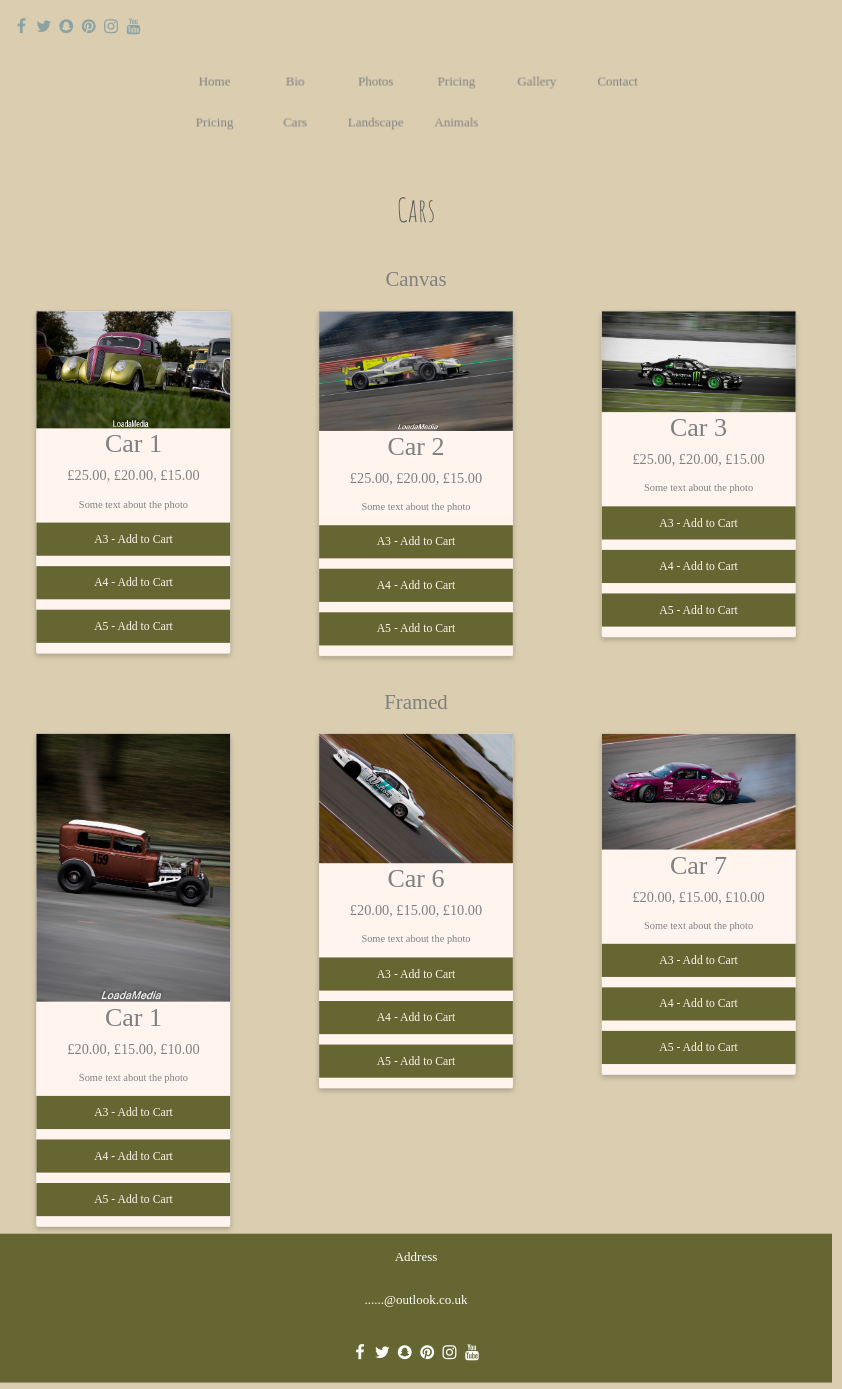
Repository: elizabeth24602/LoaderMedia
Page: cars.html
The author's editor kept a record of every edit. The page is drawn from the files as they stood at one moment, then again after the next edit.
The browser window is 1280 px wide. The page is 1296 px wide, so the pictures cover 1296 px, including what lies to the right of the window. The pictures show the whole page, at 65% of full size.
Some web fonts or font styles are not loaded; a fallback is used.

Above is the page before.
Console error: TypeError: Cannot read properties of null (reading 'textContent')
Not found: Assests/images/

### cars.html
<!DOCTYPE html>
<html lang="en">
<head>
    <meta charset="UTF-8">
    <meta name="viewport" content="width=device-width, initial-scale=1.0">
    <meta http-equiv="X-UA-Compatible" content="ie=edge">

    <link rel="stylesheet" href="static/css/bootstrap.min.css" type="text/css" />
    <link rel="stylesheet" href="static/css/dc.min.css" type="text/css" />



    <link rel="stylesheet" href="https://stackpath.bootstrapcdn.com/bootstrap/4.3.1/css/bootstrap.min.css" type="text/css" />
    <link rel="stylesheet" href="https://stackpath.bootstrapcdn.com/font-awesome/4.7.0/css/font-awesome.min.css" type="text/css" />
    <link href="https://fonts.googleapis.com/css?family=Lacquer&display=swap" rel="stylesheet">
    <link href="https://fonts.googleapis.com/css?family=Beth+Ellen&display=swap" rel="stylesheet">
    <link rel="stylesheet" href="https://cdnjs.cloudflare.com/ajax/libs/hover.css/2.3.1/css/hover-min.css" type="text/css" />
    <link rel="stylesheet" href="Assests/images/" type="text/css" />
    <link rel="stylesheet" href="Assests/css/style.css" type="text/css" />

    <title>Loader Media</title>

     <script type="text/javascript" src="static/js/d3.min.js"></script>
    <script type="text/javascript" src="static/js/crossfilter.min.js"></script>
    <script type="text/javascript" src="static/js/dc.min.js"></script>
    <script type="text/javascript" src="static/js/queue.min.js"></script>
    <script type="text/javascript" src="static/js/graph.js"></script>

</head>
<body>
     <header class="container-fluid">
        <div id="social-links" class="row">
        <div class="col-sm-4">
                <ul class="list-inline social-links">
                    <li class="list-inline-item">
                        <a target="_blank" href="#">
                            <i class="fa fa-facebook" aria-hidden="true"></i>
                            <span class="sr-only">Facebook</span>
                        </a>
                    </li>
                    <li class="list-inline-item">
                        <a target="_blank" href="#">
                            <i class="fa fa-twitter" aria-hidden="true"></i>
                            <span class="sr-only">Twitter</span>
                        </a>
                    </li>
                    <li class="list-inline-item">
                        <a target="_blank" href="#">
                            <i class="fa fa-snapchat" aria-hidden="true"></i>
                            <span class="sr-only">Snapchat</span>
                        </a>
                    </li>
                    <li class="list-inline-item">
                        <a target="_blank" href="#">
                            <i class="fa fa-pinterest" aria-hidden="true"></i>
                            <span class="sr-only">Pinterest</span>
                        </a>
                    </li>
                    <li class="list-inline-item">
                        <a target="_blank" href="#">
                            <i class="fa fa-instagram" aria-hidden="true"></i>
                            <span class="sr-only">Instagram</span>
                        </a>
                    </li>
                    <li class="list-inline-item">
                        <a target="_blank" href="#">
                            <i class="fa fa-youtube" aria-hidden="true"></i>
                            <span class="sr-only">YouTube</span>
                        </a>
                    </li>
                </ul>
            </div>
        </div>
         <div class="row no-gutters">
            <div class="col">
                <ul id="nav" class="list-inline menucontainer">
                    <li class="col-4 col-sm-2 ui-menu-color-home list-inline-item menuitem">
                        <a href="index.html" class="hvr-underline-from-center"><span>Home</span></a>
                    </li>
                    <li class="col-4 col-sm-2 ui-menu-color-bio list-inline-item menuitem">
                        <a href="bio.html" class="hvr-underline-from-center"><span>Bio</span></a>
                    </li>
                     <li class="col-4 col-sm-2 ui-menu-color-photos list-inline-item menuitem">
                        <a href="photos.html" class="hvr-underline-from-center"><span>Photos</span></a>
                    </li>
                    <li class="col-4 col-sm-2 ui-menu-color-pricing list-inline-item menuitem">
                        <a href="pricing.html" class="hvr-underline-from-center"><span>Pricing</span></a>
                    </li>
                    <li class="col-4 col-sm-2 ui-menu-color-gallery list-inline-item menuitem">
                        <a href="gallery.html" class="hvr-underline-from-center"><span>Gallery</span></a>
                    </li>
                    <li class="col-4 col-sm-2 ui-menu-color-contact list-inline-item menuitem">
                        <a href="contact.html" class="hvr-underline-from-center"><span>Contact</span></a>
                    </li>
                </ul>
            </div>
        </div>

         <div class="row no-gutters">
            <div class="col-sm-12">
                <ul id="nav" class="list-inline menucontainer">
                    <li class="col-4 col-sm-2 ui-menu-color-pricing list-inline-item menuitem">
                        <a href="pricing.html" class="hvr-underline-from-center"><span>Pricing</span></span></a>
                    </li>
                    <li class="col-4 col-sm-2 ui-menu-color-cars list-inline-item menuitem">
                        <a href="cars.html" class="hvr-underline-from-center"><span>Cars</span></a>
                    </li>
                     <li class="col-4 col-sm-2 ui-menu-color-landscape list-inline-item menuitem">
                        <a href="landscape.html.html" class="hvr-underline-from-center"><span>Landscape</span></a>
                    </li>
                    <li class="col-4 col-sm-2 ui-menu-color-animals list-inline-item menuitem">
                        <a href="animals.html" class="hvr-underline-from-center"><span>Animals</span></a>
                    </li>
                </ul>
            </div>
        </div>

        <div class="row no-gutters">
            <div class="col headings">
                <h3 class="name3">Cars</h3>
            </div>
        </div>
    </header>

    <section>

    <div class="row">
        <div class="col-sm-12">
            <h2 class="canvas">Canvas</h2>
        </div>
    </div>

    <div class="row">
    <div class="col-sm-4">
        <div class="card">
          <img src="Assests/images/car1.jpg" alt="car1" style="width:100%">
          <h1>Car 1</h1>
              <p class="price">£25.00, £20.00, £15.00</p>
              <p>Some text about the photo</p>
              <p><button>A3 - Add to Cart</button></p>
              <p><button>A4 - Add to Cart</button></p>
              <p><button>A5 - Add to Cart</button></p>
        </div>
    </div>

    <div class="col-sm-4">
        <div class="card">
          <img src="Assests/images/car2.jpg" alt="car2" style="width:100%">
          <h1>Car 2</h1>
              <p class="price">£25.00, £20.00, £15.00</p>
              <p>Some text about the photo</p>
              <p><button>A3 - Add to Cart</button></p>
              <p><button>A4 - Add to Cart</button></p>
              <p><button>A5 - Add to Cart</button></p>
        </div>
    </div>

    <div class="col-sm-4">
        <div class="card">
          <img src="Assests/images/car3.jpg" alt="car3" style="width:100%">
          <h1>Car 3</h1>
              <p class="price">£25.00, £20.00, £15.00</p>
              <p>Some text about the photo</p>
              <p><button>A3 - Add to Cart</button></p>
              <p><button>A4 - Add to Cart</button></p>
              <p><button>A5 - Add to Cart</button></p>
        </div>
    </div>
</div>

    <div class="row">
        <div class="col-sm-12">
            <h2 class="canvas">Framed</h2>
        </div>
    </div>

    <div class="row">
    <div class="col-sm-4">
        <div class="card">
          <img src="Assests/images/car4.jpg" alt="car4" style="width:100%">
          <h1>Car 1</h1>
              <p class="price">£20.00, £15.00, £10.00</p>
              <p>Some text about the photo</p>
              <p><button>A3 - Add to Cart</button></p>
              <p><button>A4 - Add to Cart</button></p>
              <p><button>A5 - Add to Cart</button></p>
        </div>
    </div>

    <div class="col-sm-4">
        <div class="card">
          <img src="Assests/images/car6.jpg" alt="car6" style="width:100%">
          <h1>Car 6</h1>
              <p class="price">£20.00, £15.00, £10.00</p>
              <p>Some text about the photo</p>
              <p><button>A3 - Add to Cart</button></p>
              <p><button>A4 - Add to Cart</button></p>
              <p><button>A5 - Add to Cart</button></p>
        </div>
    </div>

    <div class="col-sm-4">
        <div class="card">
          <img src="Assests/images/car7.jpg" alt="car7" style="width:100%">
          <h1>Car 7</h1>
              <p class="price">£20.00, £15.00, £10.00</p>
              <p>Some text about the photo</p>
              <p><button>A3 - Add to Cart</button></p>
              <p><button>A4 - Add to Cart</button></p>
              <p><button>A5 - Add to Cart</button></p>
        </div>
    </div>
</div>



    </section>

    <footer class="container-fluid bottom">
    <div id="footer-details" class="row">
        <div class="col-sm-12">
            <p class="address">Address</p>
        </div>
    </div>
        <div class="row">
            <div class="col-sm-12">
                <p class="email">......@outlook.co.uk</p>
            </div>
        </div>
        <div class="row">
            <div class="col-sm-12">
                        <ul class="list-inline social-links2 container-fluid">
                    <li class="list-inline-item">
                        <a target="_blank" href="#">
                            <i class="fa fa-facebook" aria-hidden="true"></i>
                            <span class="sr-only">Facebook</span>
                        </a>
                    </li>
                    <li class="list-inline-item">
                        <a target="_blank" href="#">
                            <i class="fa fa-twitter" aria-hidden="true"></i>
                            <span class="sr-only">Twitter</span>
                        </a>
                    </li>
                    <li class="list-inline-item">
                        <a target="_blank" href="#">
                            <i class="fa fa-snapchat" aria-hidden="true"></i>
                            <span class="sr-only">Snapchat</span>
                        </a>
                    </li>
                    <li class="list-inline-item">
                        <a target="_blank" href="#">
                            <i class="fa fa-pinterest" aria-hidden="true"></i>
                            <span class="sr-only">Pinterest</span>
                        </a>
                    </li>
                    <li class="list-inline-item">
                        <a target="_blank" href="#">
                            <i class="fa fa-instagram" aria-hidden="true"></i>
                            <span class="sr-only">Instagram</span>
                        </a>
                    </li>
                    <li class="list-inline-item">
                        <a target="_blank" href="#">
                            <i class="fa fa-youtube" aria-hidden="true"></i>
                            <span class="sr-only">YouTube</span>
                        </a>
                    </li>
                </ul>
            </div>
        </div>
    </footer>

</body>
</html>

### Assests/css/style.css
@import url('https://fonts.googleapis.com/css?family=Lacquer:100,200,300,400,500,600,700|Beth+Ellen:100,200,300,400,500,600,700|Pacifico:100,200,300,400,500,600,700|Amatic+SC:100,200,300,400,500,600,700');

/*-------------------------------Website Name */

.name {
    font-family: "Beth+Ellen";
     font-weight: 100;
    font-size: 80px;
    margin-top: 70px;
    text-align: center;
    color: #ffffff;
}

.name3 {
    font-family: "Amatic SC";
     font-weight: 60;
    font-size: 50px;
    margin-top: 70px;
    text-align: center;
    color: #595959;
}

/*-------------------------------Background */

body {
  background-color: #dbceb0;
}

/*-------------------------------Social */

.social-links {
    padding-top: 15px;
    padding-bottom: 15px;
}

.social-links li a i {
    width: 30px;
    height: 30px;
    padding: 12px 0;
    border-radius: 20%;
    font-size: 25px;
    line-height: 7px;
    text-align: center;
    color: #8ca3a3;
    background: #dbceb0;
    transition: all 0.35s ease-in-out;
    -moz-transition: all 0.35s ease-in-out;
    -webkit-transition: all 0.35s ease-in-out;
    -o-transition: all 0.35s ease-in-out;
}

/*-------------------------------menu */


.list-inline-item:not(:last-child) {
    margin: 0;
}

.menucontainer {
    font-size: 0;
    margin: auto;
    width: 60%;
    padding: 10px;
}

#nav li {
    font-size: 20px;
    font-family: 'Beth+Ellen';
    padding: 0;
}

.menuitem {
    text-align: center;
    padding: 0;
}

.body {
    text-align: center;
}


.menuitem2 a {
    width: 100%;
    text-decoration: none;
    color: #ffffff;
}

.menuitem a {
    width: 100%;
    text-decoration: none;
    color: #808080;
}

.hvr-underline-from-center:before {
    background-color: #ffffff;
    color: #d3d3d3;
}


.a:hover {
    text-decoration: none;
}

/*-------------------------------Footer */


.bottom {
    background-color: #666633;
    color: #ffffff;
    left: 0;
    bottom: 0;
    width: 100%;
    text-align: center;
}


.address {
    color: #ffffff;
    text-align: center;
    font-family: "Beth+Ellen";
    padding-top: 20px;
    font-size: 20px;
}
.email {
    color: #ffffff;
    text-align: center;
    font-family: "Beth+Ellen";
    padding: 10px;
    font-size: 20px;
}

.social-links2 {
    padding-top: 15px;
    padding-bottom: 15px;
    text-align: center;
}

.social-links2 li a i {
    width: 30px;
    height: 30px;
    padding: 12px 0;
    border-radius: 20%;
    font-size: 25px;
    line-height: 7px;
    text-align: center;
    color: #ffffff;
    transition: all 0.35s ease-in-out;
    -moz-transition: all 0.35s ease-in-out;
    -webkit-transition: all 0.35s ease-in-out;
    -o-transition: all 0.35s ease-in-out;
}

/*-------------------------------Home */

.index {
  background-image: url("../images/bryn.jpg");
  background-color: #fff5ee;
  height: 500px;
  background-position: cover;
  background-repeat: no-repeat;
  background-size: cover;
  text-align: center;
  background-attachment: scroll;
  min-height: 100%;
  min-width: 1024px;

  /* Set up proportionate scaling */
  width: 100%;
  height: auto;

  /* Set up positioning */
  position: fixed;
  top: 0;
  left: 0;
}

body {
  font-family: "Beth+Ellen", sans-serif;
}

.sidebar {
  height: 100%;
  width: 0;
  position: fixed;
  z-index: 1;
  top: 0;
  left: 0;
  background-color: #666633;
  overflow-x: hidden;
  transition: 0.5s;
  padding-top: 60px;
}

.sidebar a {
  padding: 8px 8px 8px 32px;
  text-decoration: none;
  font-size: 30px;
  font-family: "Amatic SC";
  color: #ffffff;
  display: block;
  transition: 0.3s;
}

.sidebar a:hover {
  color: #f1f1f1;
}

.sidebar .closebtn {
  position: relative;
  top: 0;
  right: 25px;
  font-size: 36px;
  margin-left: 50px;
}

.openbtn {
  font-size: 20px;
  cursor: pointer;
  background-color: #111;
  color: white;
  padding: 10px 15px;
  border: none;
}

.openbtn:hover {
  background-color: #444;
}

#main {
  transition: margin-left .5s;
  padding: 16px;
}

/* On smaller screens, where height is less than 450px, change the style of the sidenav (less padding and a smaller font size) */
@media screen and (max-height: 450px) {
  .sidebar {padding-top: 15px;}
  .sidebar a {font-size: 18px;}
}


/*-------------------------------Bio */

.silhouette {
  display: block;
  margin-left: auto;
  margin-right: auto;
  width: 80%;
  margin-top: 20px;
  margin-bottom: 20px;
}

.bio {
  font-family: "Beth+Ellen";
  text-align: center;
  margin-bottom: 20px;
}

.camera2 {
  display: block;
  margin-left: 10px;
  margin-right: 10px;
  width: 100%;
  margin-top: 20px;
  margin-bottom: 20px;
}

* {
  box-sizing: border-box;
}

.portfolio {
  font-family: "Beth+Ellen"
}

.main {
  max-width: 1000px;
  margin: auto;
}

.row {
  margin: 10px -16px;
}

.row,
.row > .column {
  padding: 8px;
}

.column {
  float: left;
  width: 33.33%;
}

.row:after {
  content: "";
  display: table;
  clear: both;
}

.content {
  background-color: #dbceb0;
  padding: 10px;
  font-family: "Beth+Ellen";
  text-align: center;
}

.show {
  display: block;
}

.btn {
  border: none;
  outline: none;
  padding: 12px 16px;
  background-color: #666633;
  color: #ffffff;
  font-family: "Beth+Ellen";
  cursor: pointer;
}

.btn:hover {
  background-color: #ddd;
}

.btn.active {
  background-color: #fff5ee;
  color: #808080;
}

/*-----------------------------Photos (Used W3 Schools to help with code, made my own modifications and altered coding)*/

.accordion {
  background-color: #666633;
  color: #ffffff;
  font-family: "Beth+Ellen";
  text-align: center;
  cursor: pointer;
  padding: 18px;
  margin: 20px;
  width: 100%;
  border: none;
  outline: none;
  font-size: 30px;
  transition: 0.4s;
}

.active, .accordion:hover {
  background-color: #fff5ee;
   color: #808080;
}

.panel {
  padding: 0 18px;
  display: none;
  background-color: #dbceb0;
  overflow: hidden;
  font-family: "Beth+Ellen";
  color: #808080;
  text-align: left;
  width: 50%
  font-size: 20px;
}

.row > .column {
  padding: 0 8px;
}

.row:after {
  content: "";
  display: table;
  clear: both;
}

.column {
  float: left;
  width: 25%;
}

.modal {
  display: none;
  position: fixed;
  z-index: 1;
  padding-top: 100px;
  left: 0;
  top: 0;
  width: 100%;
  height: 100%;
  overflow: auto;
  background-color: #666633;
}

.modal-content {
  position: relative;
  background-color: #fff5ee;
  margin: auto;
  padding: 0;
  width: 90%;
  max-width: 1200px;
}

.close {
  color: white;
  position: absolute;
  top: 10px;
  right: 25px;
  font-size: 35px;
  font-weight: bold;
}

.close:hover,
.close:focus {
  color: #999;
  text-decoration: none;
  cursor: pointer;
}

.mySlides {
  display: none;
}

.prev,
.next {
  cursor: pointer;
  position: absolute;
  top: 50%;
  width: auto;
  padding: 16px;
  margin-top: -50px;
  color: white;
  font-weight: bold;
  font-size: 20px;
  transition: 0.6s ease;
  border-radius: 0 3px 3px 0;
  user-select: none;
  -webkit-user-select: none;
}

.next {
  right: 0;
  border-radius: 3px 0 0 3px;
}

.prev:hover,
.next:hover {
  background-color: #fff5ee;
}

.numbertext {
  color: #000000;
  font-size: 12px;
  padding: 8px 12px;
  position: absolute;
  top: 0;
}

.caption-container {
  text-align: center;
  font-family: "Beth+Ellen"
  padding: 2px 16px;
  color: #808080;
}

img.demo {
  opacity: 0.6;
}

.active,
.demo:hover {
  opacity: 1;
}

img.hover-shadow {
  transition: 0.3s;
}

.hover-shadow:hover {
  box-shadow: 0 4px 8px 0 rgba(0, 0, 0, 0.2), 0 6px 20px 0 rgba(0, 0, 0, 0.19);
}


/*-------------------------------Pricing */

/*-------------------------------Cars, Landscape, Anoimals */
.canvas {
  color: #808080;
  font-family: "Beth+Ellen";
  text-align: center;
  margin-bottom: 20px;
  margin-top: 40px;
}
.card {
  box-shadow: 0 4px 8px 0 rgba(0, 0, 0, 0.2);
  max-width: 300px;
  margin: auto;
  text-align: center;
  font-family: "Beth+Ellen";
  color: #808080;
  background-color: #fff5ee;
}

.price {
  color: grey;
  font-size: 22px;
}

.card button {
  border: none;
  outline: 0;
  padding: 12px;
  color: #fff5ee;
  background-color: #666633;
  text-align: center;
  cursor: pointer;
  width: 100%;
  font-size: 18px;
}

.card button:hover {
  opacity: 0.7;
}

/*-------------------------------Gallery */
.row {
  display: flex;
  flex-wrap: wrap;
  padding: 0 4px;
}

/* Create four equal columns that sits next to each other */
.column {
  flex: 25%;
  max-width: 25%;
  padding: 0 4px;
}

.column img {
  margin-top: 20px;
  margin-bottom: 10px;
  margin-left: 10px;
  margin-right: 10px;
  vertical-align: middle;
  width: 100%;
}

/* Responsive layout - makes a two column-layout instead of four columns */
@media screen and (max-width: 800px) {
  .column {
    flex: 50%;
    max-width: 50%;
  }
}

/* Responsive layout - makes the two columns stack on top of each other instead of next to each other */
@media screen and (max-width: 600px) {
  .column {
    flex: 100%;
    max-width: 100%;
  }
}
/*-------------------------------contact */

.contact-heading {
    font-family: "Beth+Ellen";
    text-align: center;
    font-weight: 100;
    margin-top: 25px;
    margin-bottom: 20px;
    color: #808080;
}

.text-center {
    font-family: "pacifico";
    text-align: center;
    font-weight: 100;
    margin-top: 25px;
    margin-bottom: 20px;
    color: #808080;
}


.center-form {
    padding-top: 10px;
    margin: 0 auto;
    max-width: 70%;
    font-family: "Beth+Ellen";
}

button[type="submit"] {
    margin-top: 15px;
    margin-bottom: 20px;
    background-color: #666633;
    color: #fafafa;
    font-family: "Beth+Ellen";
}

.chat {
   font-family: "Beth+Ellen";
    font-weight: 100;
    margin-top: 180px;
    margin-bottom: 20px;
    text-align: center;
    color: #595959;
}

.number {
     font-family: "pacifico";
    font-weight: 100;
    margin-top: 125px;
    margin-bottom: 20px;
    text-align: center;
    color: #808080;
}

.laptop {
    display: block;
  margin-left: auto;
  margin-right: auto;
  margin-top: 20px;
  width: 90%;
}

.phone {
  display: block;
  margin-left: auto;
  margin-right: auto;
  margin-top: 20px;
  margin-bottom: 20px;
  width: 90%;
  border-radius: 8px;
}

Loaded but not shown: static/css/bootstrap.min.css (library); static/css/dc.min.css (library); static/js/d3.min.js (library); static/js/crossfilter.min.js (library); static/js/dc.min.js (library); static/js/queue.min.js (common file); static/js/graph.js (141 lines, source omitted)

After the next edit:
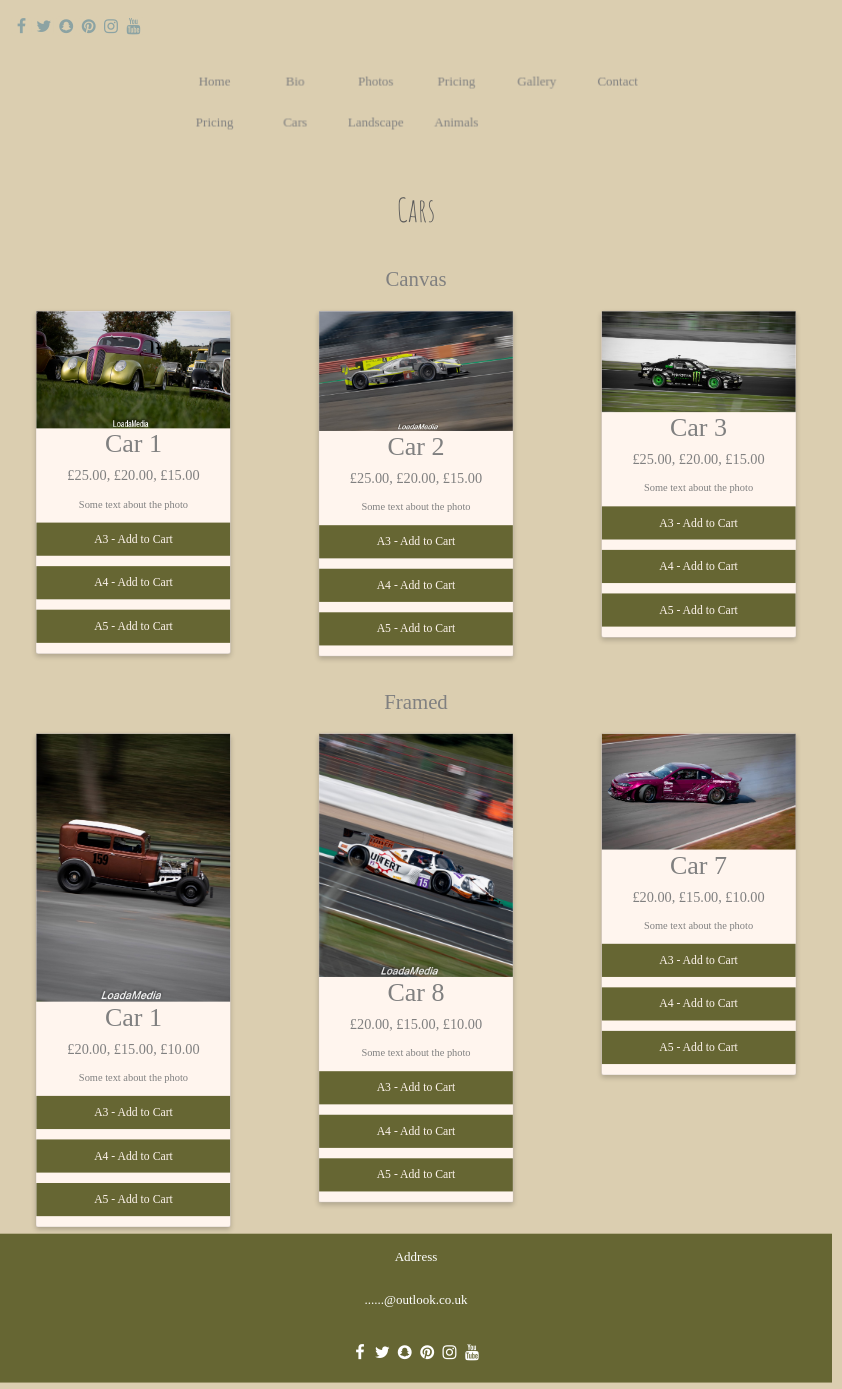
The edit:
--- a/cars.html
+++ b/cars.html
@@ -189,8 +189,8 @@
 
     <div class="col-sm-4">
         <div class="card">
-          <img src="Assests/images/car6.jpg" alt="car6" style="width:100%">
-          <h1>Car 6</h1>
+          <img src="Assests/images/car8.jpg" alt="car8" style="width:100%">
+          <h1>Car 8</h1>
               <p class="price">£20.00, £15.00, £10.00</p>
               <p>Some text about the photo</p>
               <p><button>A3 - Add to Cart</button></p>
